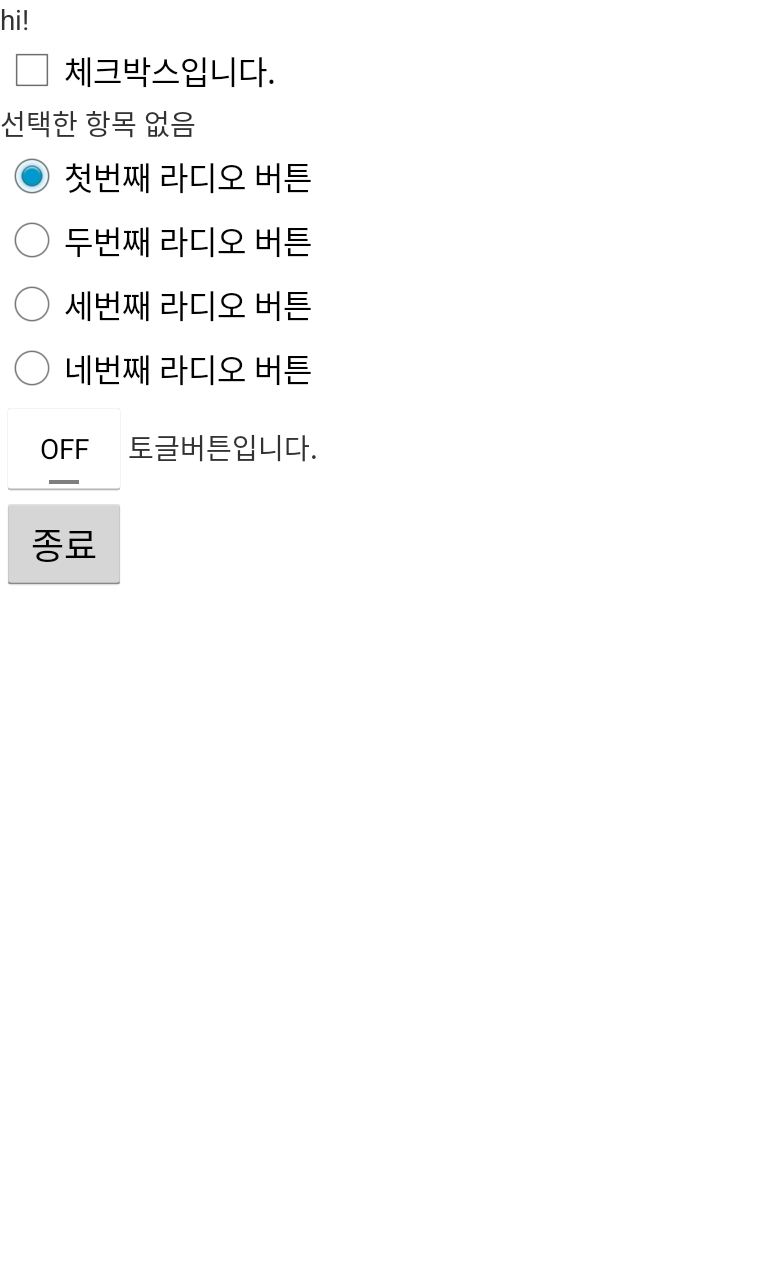
Repository: supremehappy/Android
Layout: EventTest/res/layout/activity_main.xml
An editor plug-in stored every save of this project. The layout is shown before and after the next save, followed by the edit.
It is drawn on a 768 x 1280 px phone screen (xhdpi) without system bars, with theme AppTheme; the app's code is not run.

Above is the layout before, as saved 2017-08-24 02:48:38.

### EventTest/res/layout/activity_main.xml
<LinearLayout xmlns:android="http://schemas.android.com/apk/res/android"
    xmlns:tools="http://schemas.android.com/tools"
    android:id="@+id/LinearLayout1"
    android:layout_width="match_parent"
    android:layout_height="match_parent"
    android:orientation="vertical"
    tools:context="${relativePackage}.${activityClass}" >

    <TextView
        android:id="@+id/check_result"
        android:layout_width="wrap_content"
        android:layout_height="wrap_content"
        android:text="@string/hello_world" />

    <CheckBox
        android:id="@+id/checkBox1"
        android:layout_width="wrap_content"
        android:layout_height="wrap_content"
        android:text="@string/check_title" />

    <TextView
        android:id="@+id/textView1"
        android:layout_width="wrap_content"
        android:layout_height="wrap_content"
        android:text="@string/txt_result" />

    <RadioGroup
        android:id="@+id/radioGroup1"
        android:layout_width="wrap_content"
        android:layout_height="wrap_content" >

        <RadioButton
            android:id="@+id/radio1"
            android:layout_width="wrap_content"
            android:layout_height="wrap_content"
            android:checked="true"
            android:text="@string/rdo1_title" />

        <RadioButton
            android:id="@+id/radio2"
            android:layout_width="wrap_content"
            android:layout_height="wrap_content"
            android:text="@string/rdo2_title" />

        <RadioButton
            android:id="@+id/radio3"
            android:layout_width="wrap_content"
            android:layout_height="wrap_content"
            android:text="@string/rdo3_title" />

        <RadioButton
            android:id="@+id/radio4"
            android:layout_width="wrap_content"
            android:layout_height="wrap_content"
            android:text="@string/rdo4_title" />
    </RadioGroup>

    <LinearLayout
        android:layout_width="match_parent"
        android:layout_height="wrap_content" >

        <ToggleButton
            android:id="@+id/toggleButton1"
            android:layout_width="wrap_content"
            android:layout_height="wrap_content"
            android:text="@string/tgl_title" />

        <TextView
            android:id="@+id/textView2"
            android:layout_width="wrap_content"
            android:layout_height="wrap_content"
            android:text="@string/txt_tgl" />

    </LinearLayout>

    <Button
        android:id="@+id/btn_exit"
        android:layout_width="wrap_content"
        android:layout_height="wrap_content"
        android:text="@string/bnt_title" />

</LinearLayout>

### EventTest/res/values/strings.xml
<?xml version="1.0" encoding="utf-8"?>
<resources>

    <string name="app_name">EventTest</string>
    <string name="hello_world">hi!</string>
    <string name="check_title">체크박스입니다.</string>
    <string name="txt_result">선택한 항목 없음</string>
    <string name="rdo1_title">첫번째 라디오 버튼</string>
    <string name="rdo2_title">두번째 라디오 버튼</string>
    <string name="rdo3_title">세번째 라디오 버튼</string>
    <string name="rdo4_title">네번째 라디오 버튼</string>
    <string name="tgl_title">토글버튼</string>
    <string name="txt_tgl">토글버튼입니다.</string>
    <string name="bnt_title">종료</string>

</resources>

Loaded but not shown: EventTest/res/values/styles.xml (common file); EventTest/res/values-v11/styles.xml (common file); EventTest/res/values-v14/styles.xml (common file)

After the next save:
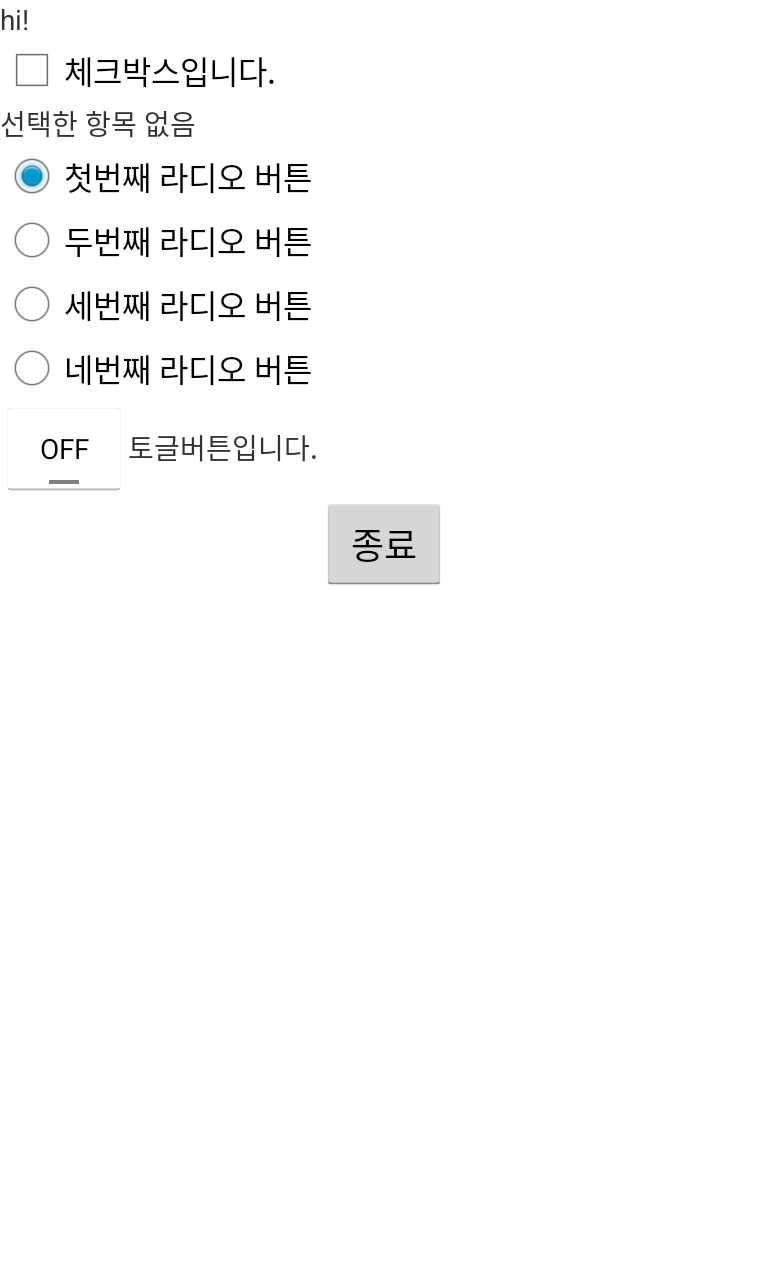
Saved 74 min 10 s later.
--- a/EventTest/res/layout/activity_main.xml
+++ b/EventTest/res/layout/activity_main.xml
@@ -77,6 +77,7 @@
         android:id="@+id/btn_exit"
         android:layout_width="wrap_content"
         android:layout_height="wrap_content"
+        android:layout_gravity="center"
         android:text="@string/bnt_title" />
 
 </LinearLayout>
